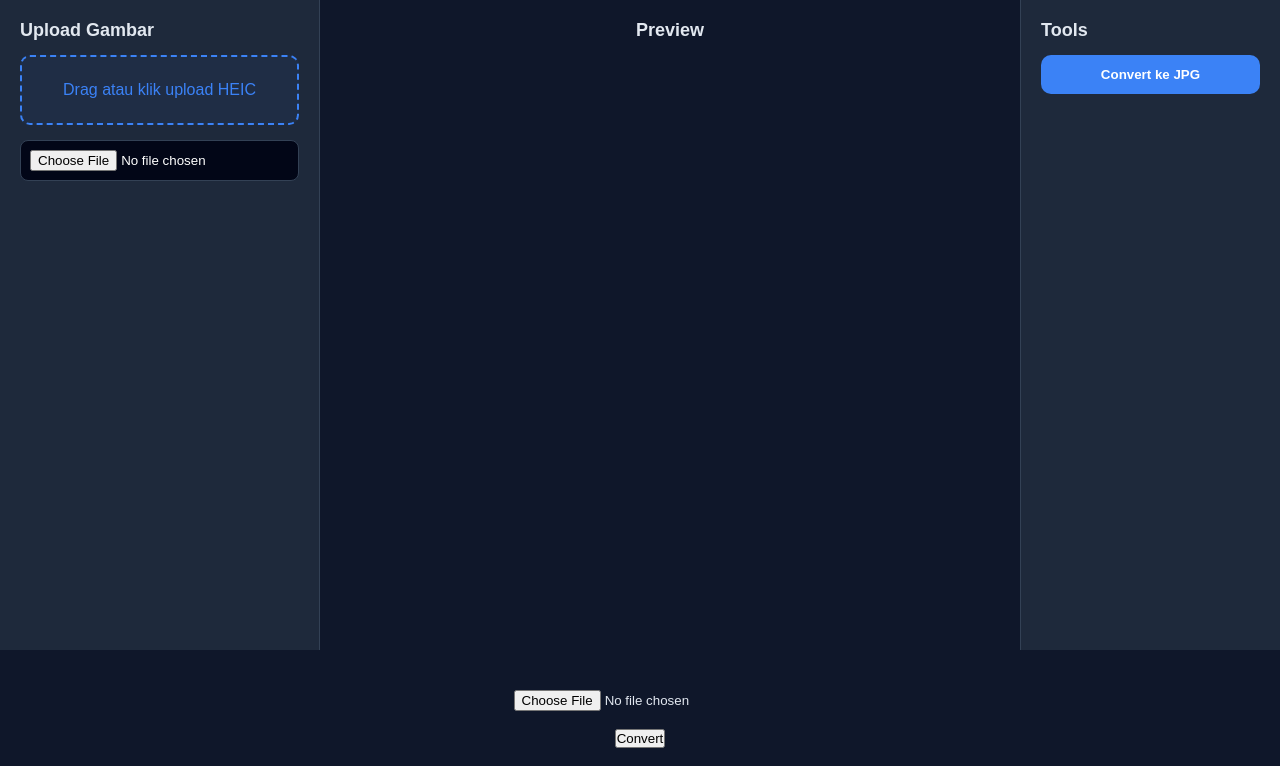
Repository: procinema22/hiisedulurfc
Page: hesedulur-main/convert-image.html
These files come from the project's save history. The page is drawn as it stood at one moment and after the next save; the edit follows.
The browser window is 1280 px wide. The pictures show the whole page.

Above is the page before, as saved 2026-04-23 23:15:56.

After the next save:
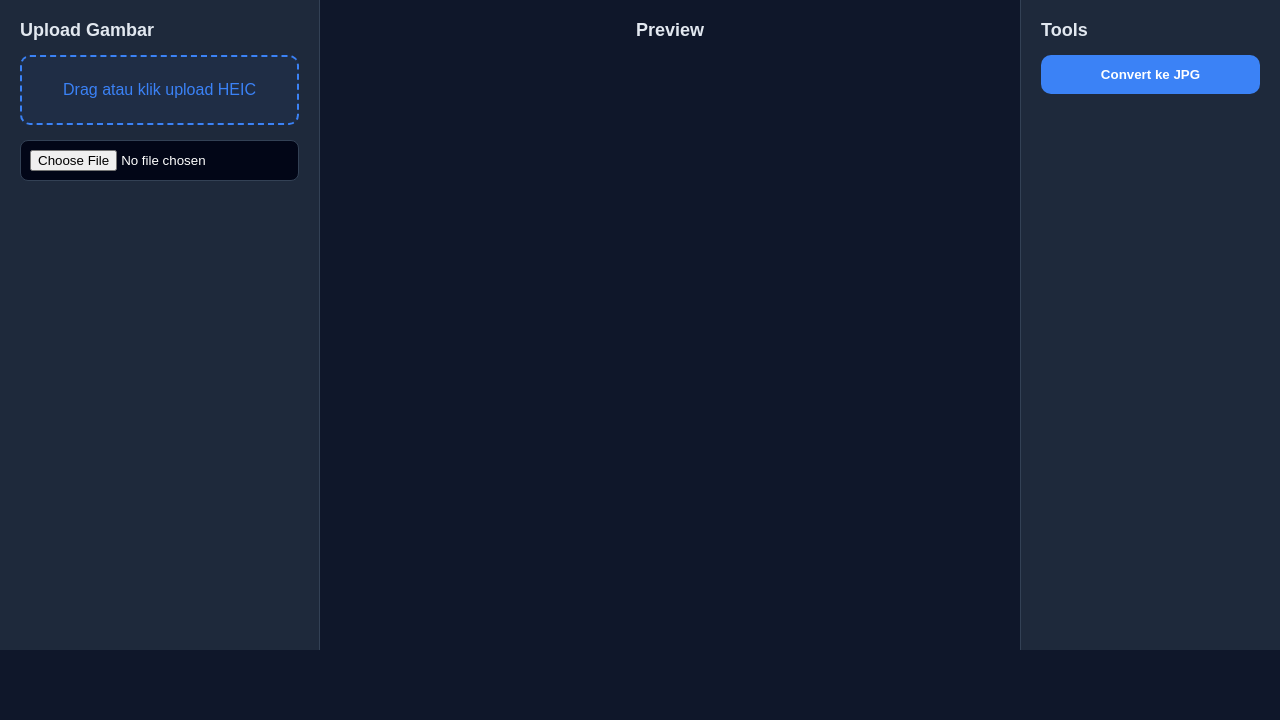
Saved 49 s later.
--- a/hesedulur-main/convert-image.html
+++ b/hesedulur-main/convert-image.html
@@ -13,58 +13,44 @@
 
 <body>
 
-  <div class="layout">
+<div class="layout">
 
-    <!-- LEFT PANEL -->
-    <div class="left-panel">
+<!-- LEFT PANEL -->
+<div class="left-panel">
 
-    <div class="section-title">Upload Gambar</div>
+<div class="section-title">Upload Gambar</div>
 
-    <div class="drop-area" onclick="document.getElementById('heicInput').click()">
-    Drag atau klik upload HEIC
-    </div>
-
-    <input type="file" id="heicInput" accept=".heic,image/heic">
-
-    </div>
-
-
-    <!-- CENTER PANEL -->
-    <div class="center-panel">
-
-    <div class="section-title">Preview</div>
-
-    <img id="preview" style="max-width:100%;border-radius:10px;display:none;">
-
-    </div>
-
-
-    <!-- RIGHT PANEL -->
-    <div class="right-panel">
-
-    <div class="section-title">Tools</div>
-
-    <button class="btn blue" onclick="convertHEIC()">Convert ke JPG</button>
-
-    <a id="downloadJPG" class="btn green" style="display:none;">Download JPG</a>
-
-    </div>
-
-    </div>
-
-<section style="text-align:center;margin-top:40px;">
+<div class="drop-area" onclick="document.getElementById('heicInput').click()">
+Drag atau klik upload HEIC
+</div>
 
 <input type="file" id="heicInput" accept=".heic,image/heic">
 
-<br><br>
+</div>
 
-<button onclick="convertHEIC()">Convert</button>
 
-<br><br>
+<!-- CENTER PANEL -->
+<div class="center-panel">
 
-<a id="downloadJPG" style="display:none">Download JPG</a>
+<div class="section-title">Preview</div>
 
-</section>
+<img id="preview" style="max-width:100%;border-radius:10px;display:none;">
+
+</div>
+
+
+<!-- RIGHT PANEL -->
+<div class="right-panel">
+
+<div class="section-title">Tools</div>
+
+<button class="btn blue" onclick="convertHEIC()">Convert ke JPG</button>
+
+<a id="downloadJPG" class="btn green" style="display:none;">Download JPG</a>
+
+</div>
+
+</div>
 
 <script src="js/convert-heic.js"></script>
 
